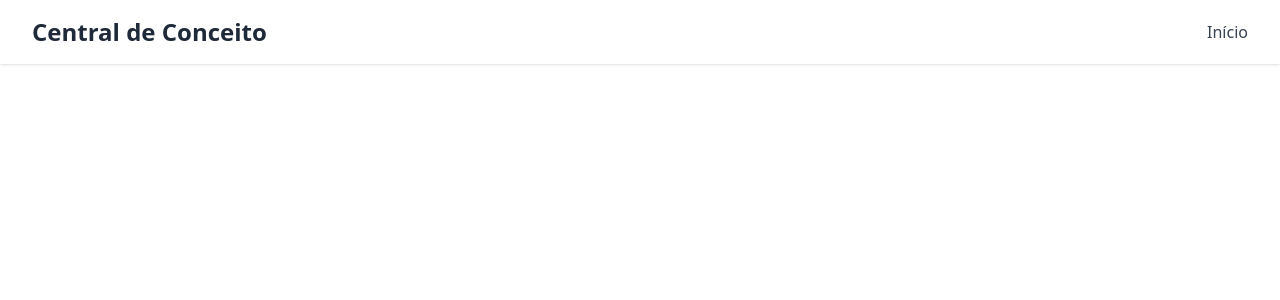
Repository: estevam02009/jh-softwares
Page: /
An editor plug-in stored every save of this project. The page is shown before and after the next save, followed by the edit.
The browser window is 1280 px wide. The pictures show the whole page.
The project was rebuilt for these pictures with package versions that can differ from the ones it lists, and the page was loaded fresh each time. Also part of the build but not shown: vite.config.ts.

Above is the page before, as saved 2025-08-03 08:49:16.

### src/App.tsx
import React, { useState } from "react"
import { Header } from "./components/Header"

function App() {

  // const [cartItems, setCartItems] = useState<CartItem[]>([])
  const [isCartOpen, setIsCartOpen] = useState(false)

  return (
    <div className="min-h-screen bg-white">
      <Header
        cartItemsCount={0}
        onCartClick={() => setIsCartOpen(true)}
      />
    </div>
  )
}

export default App

### src/components/Header.tsx
import React from "react";
import { ShoppingCart, MessageCircle, Search } from "lucide-react";
import { getWhatsAppSupportUrl } from "../utils/whatsapp";

interface HeaderProps {
    cartItemsCount: number;
    onCartClick: () => void;
}

export const Header: React.FC<HeaderProps> = ({ cartItemsCount, onCartClick }) => {
    return (
        <header className="bg-white shadow-sm sticky top0 z-0">
            <div className="min-w-7xl mx-auto px-4 sm:px-6 lg:px-8">
                <div className="flex items-center justify-between h-16">
                    {/* LOGO */}
                    <div className="flex-shrink-0">
                        <h1 className="text-2xl font-bold text-gray-800">Central de Conceito</h1>
                    </div>

                    {/* NAVIGATION */}
                    <nav className="hidden md:flex space-x-8">
                        <a href="#home" className="text-gray-700 hover:text-purple-600">Início</a>
                    </nav>
                </div>
            </div>
        </header>
    )
}

Loaded but not shown: index.html (common file); src/main.tsx (common file); src/index.css (common file)

After the next save:
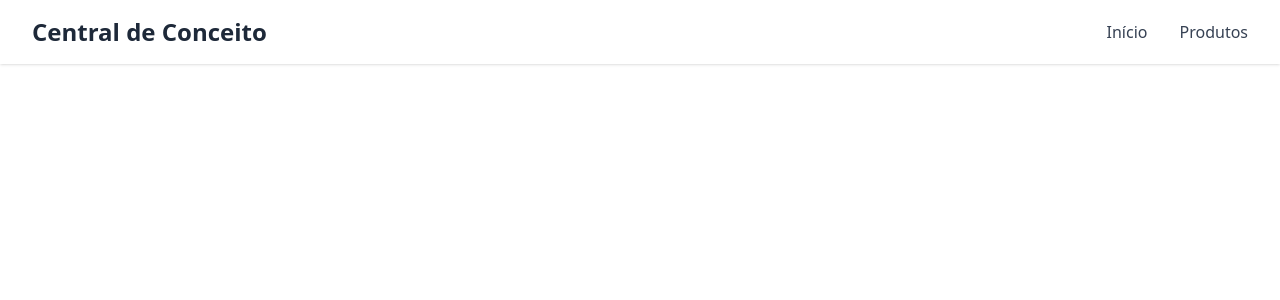
Saved 23 s later.
--- a/src/components/Header.tsx
+++ b/src/components/Header.tsx
@@ -20,6 +20,7 @@
                     {/* NAVIGATION */}
                     <nav className="hidden md:flex space-x-8">
                         <a href="#home" className="text-gray-700 hover:text-purple-600">Início</a>
+                        <a href="#products" className="text-gray-700 hover:text-purple-600">Produtos</a>
                     </nav>
                 </div>
             </div>
